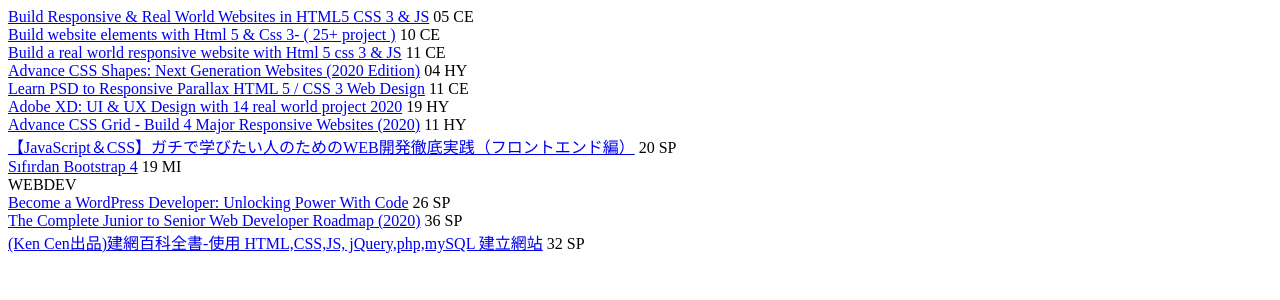
Repository: ClementLight/plan
Page: tmp.html
The author's editor kept a copy of each file at every save. The page is drawn from the files as they stood at one save, then again after the next save.
The browser window is 1280 px wide. The pictures show the whole page.

Above is the page before, as saved 2020-09-01 14:51:41.

After the next save:
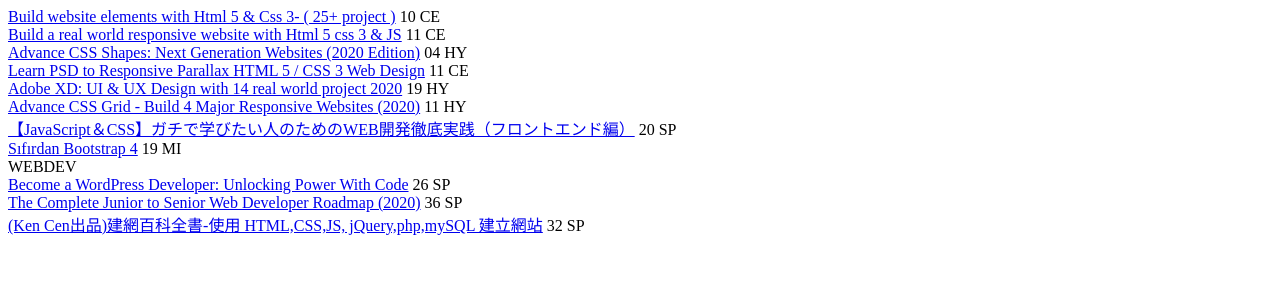
Saved 6 s later.
--- a/tmp.html
+++ b/tmp.html
@@ -1,10 +1,4 @@
-
-        <div class="lesson lesson-background-filter">
-          <a class="lessonname" href="https://www.udemy.com/course/build-responsive-real-world-websites-in-html5-css-3-js/learn/lecture/20595720?start=0#overview">Build Responsive & Real World Websites in HTML5 CSS 3 & JS</a>
-          <span class="hours">05</span>
-          <span class="account">CE</span>
-        </div>
-        <div class="lesson lesson-background-filter">
+   <div class="lesson lesson-background-filter">
           <a class="lessonname" href="https://www.udemy.com/course/build-website-elements-with-html-5-css-3-25-project/learn/lecture/8485378?start=360#overview">Build website elements with Html 5 & Css 3- ( 25+ project )</a>
           <span class="hours">10</span>
           <span class="account">CE</span>
